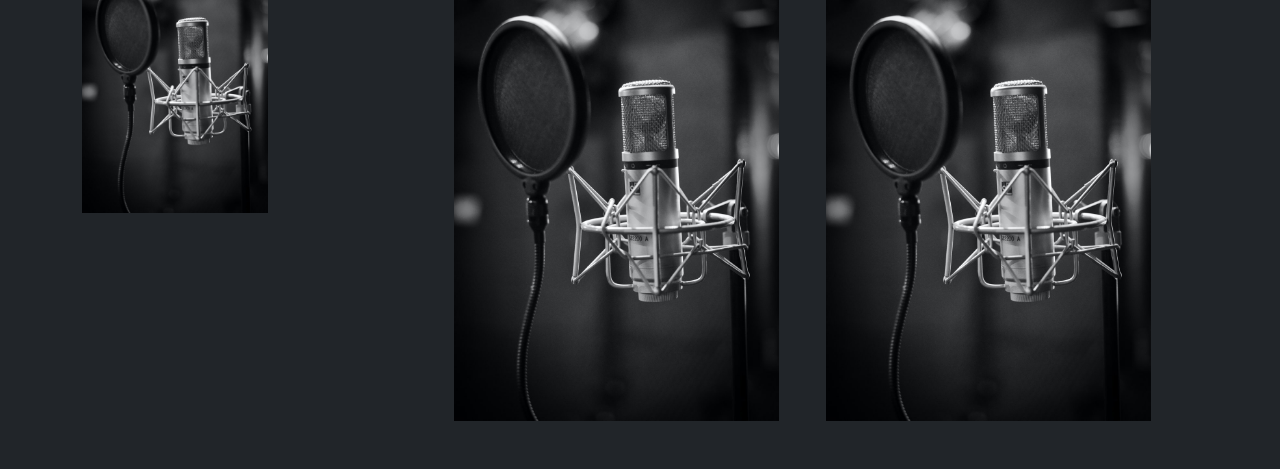
Repository: Eugene44-hub/music-workshop-site
Page: index.html
The author's editor kept a copy of each file at every save. The page is drawn from the files as they stood at one save, then again after the next save.
The browser window is 1280 px wide. The pictures show the part of the page from y = 1393 to 1862 px (the page is 1862 px tall).
A picture or video elsewhere on the page could not be fetched, so the positions and the page height are approximate. Some web libraries are served in a nearby version.

Above is the page before, as saved 2021-10-24 14:58:28.

### index.html
<!DOCTYPE html>
<html lang="en">

<head>
    <meta charset="UTF-8">
    <meta http-equiv="X-UA-Compatible" content="IE=edge">
    <meta name="viewport" content="width=device-width, initial-scale=1.0">
    <title>Document</title>
    <link rel="stylesheet" href="style.css">
    <!-- CSS only -->
    <link href="https://cdn.jsdelivr.net/npm/bootstrap@5.1.3/dist/css/bootstrap.min.css" rel="stylesheet" integrity="sha384-1BmE4kWBq78iYhFldvKuhfTAU6auU8tT94WrHftjDbrCEXSU1oBoqyl2QvZ6jIW3" crossorigin="anonymous">
    <link rel="stylesheet" href="https://cdn.jsdelivr.net/npm/bootstrap-icons@1.6.1/font/bootstrap-icons.css">
</head>

<body class="bg-dark p-md-5 p-3">
    <!-- registeration starts  -->
    <section id="registration">
        <div class="container">
            <div class="d-lg-flex text-white bg-black align-items-center" id="regImg">
                <div id="regText" class="col-md text-center p-5">
                    <h2 id="musicheader" class="text-uppercase fs-2">
                        music workshop </h2>
                    <p class="text-danger"> free Workshop and classes</p>
                    <p class="text-secondary">Website services that aren't tailored to your users create missed oppurtunities. the structure and flow of your website should be logical and</p>
                    <div class="mt-5">
                        <button class="btn btn-danger mx-2">Register Now</button>
                        <button class="btn text-light mx-2"><i class="bi bi-caret-down-fill"></i> PLAY VIDEO</button>
                    </div>
                </div>
                <div class="col-md"> <img src="images/eminem.jpg" alt="" class="img-fluid"></div>

            </div>
        </div>
    </section>
    <!-- registeration ends  -->

    <!-- whats new starts -->
    <section class="text-light">
        <div class="container">
            <h2 id="new" class='text-center text-light fs-3 my-5'>What's new</h2>
            <div class="d-lg-flex row-sm  align-items-stretch">
                <div class="col-sm-6 col-lg m-auto">
                    <img src="images/microphone.jpg" class="img-fluid" alt="">
                </div>
                <div id="protextContain" class=" mx-sm-auto col-sm-6 col-lg py-5 py-lg-0 position-relative d-flex border-top border-danger ms-lg-3 mt-5 mt-lg-0">
                    <div id="proText" class="my-lg-auto ">
                        <h4 class="lead">
                            PRO SILENT <br> SYMPHONY
                        </h4>
                        <small>june 2021 By unik creative</small>
                        <p class="mt-5">site services that <br> aren't tailored</p>
                    </div>
                </div>
                <div class="col-sm-6 col-lg m-auto">
                    <img src="images/microphone.jpg" class="img-fluid" alt="">
                </div>
                <div id=protextContain class="mx-sm-auto col-sm-6 col-lg py-5 py-lg-0 position-relative d-flex border-top border-danger ms-lg-3 mt-5 mt-lg-0">
                    <div id="proText" class="my-lg-auto ">
                        <h4 class="lead">
                            PRO SILENT <br> SYMPHONY
                        </h4>
                        <small>june 2021 By unik creative</small>
                        <p class="mt-5">site services that <br> aren't tailored</p>
                    </div>

                </div>
                <div class="col-sm-6 col-lg m-auto">
                    <img src="images/microphone.jpg" class="img-fluid" alt="">
                </div>

                <div id=protextContain class="mx-sm-auto col-sm-6 col-lg py-5 py-lg-0 position-relative d-flex border-top border-danger ms-lg-3 mt-5 mt-lg-0">
                    <div id="proText" class="my-lg-auto ">
                        <h4 class="lead">
                            PRO SILENT <br> SYMPHONY
                        </h4>
                        <small>june 2021 By unik creative</small>
                        <p class="mt-5">site services that <br> aren't tailored</p>
                    </div>

                </div>
            </div>
        </div>

    </section>
    <!-- whats new ends -->

    <!-- newletter section starts -->
    <section class="text-light ">
        <div class="container">
            <div class="d-lg-flex">
                <div class="col-md bg-danger d-flex p-5 m-auto newsletter">
                    <div class="m-auto">
                        <h2>SUBSCRIBE TO OUR NEWS LETTER</h2>
                        <p>subscribe to our News Letter to get the latest news about our products</p>
                        <input type="text" class="form-control">
                    </div>

                </div>
                <div class="col-md d-flex  p-5 newsletter" id="eminemBack">
                    <div class="m-auto ">
                        <h1 class="text-danger text-center" style="font-size:80px">"</h1>
                        <p class="text-center lead ">Website services that aren't tailored to your users create missed opputunities. The structure and flow of your website should be logical and straightforward
                        </p>
                        <div class="d-flex  align-items-center justify-content-center">
                            <img src="http://randomuser.me/api/portraits/men/4.jpg" class="rounded-circle img-fluid mx-2 " alt="">
                            <div class='mx-2'>
                                <h4>Lung Li</h3>
                                    <small>Singer</small>
                            </div>

                        </div>

                    </div>
                </div>
            </div>
        </div>
    </section>
    <!-- newletter section ends -->

    <!-- items starts-->
    <section class="text-light">

        <div class="container">
            <div class="d-flex">

                <div class="col">
                    <h3>Featured Item</h3>
                    <div class="d-flex">
                        <div><img src="images/microphone.jpg" class="img-fluid w-50" alt=""></div>

                    </div>

                </div>

                <div class="col">
                    <h3>Featured Item</h3>
                    <div class="d-flex">
                        <div><img src="images/microphone.jpg" class="img-fluid" alt=""></div>
                        <p>wfjijiw wfiji</p>
                    </div>
                </div>

                <div class="col">
                    <h3>Featured Item</h3>
                    <div class="d-flex">
                        <div><img src="images/microphone.jpg" class="img-fluid" alt=""></div>
                        <p>wfjijiw wfiji</p>
                    </div>
                </div>

            </div>
        </div>

    </section>
    <!-- items ends-->

</body>
<!-- JavaScript Bundle with Popper -->
<script src="https://cdn.jsdelivr.net/npm/bootstrap@5.1.3/dist/js/bootstrap.bundle.min.js " integrity="sha384-ka7Sk0Gln4gmtz2MlQnikT1wXgYsOg+OMhuP+IlRH9sENBO0LRn5q+8nbTov4+1p " crossorigin="anonymous "></script>

</html>

### style.css
#musicheader,
#new {
    letter-spacing: 6px
}

.newsletter {
    height: 500px;
}

#eminemBack {
    background-image: url('images/eminem.jpg');
    background-repeat: no-repeat;
    /* background-size: ; */
    background-position-y: center;
    background-position-x: center;
}

After the next save:
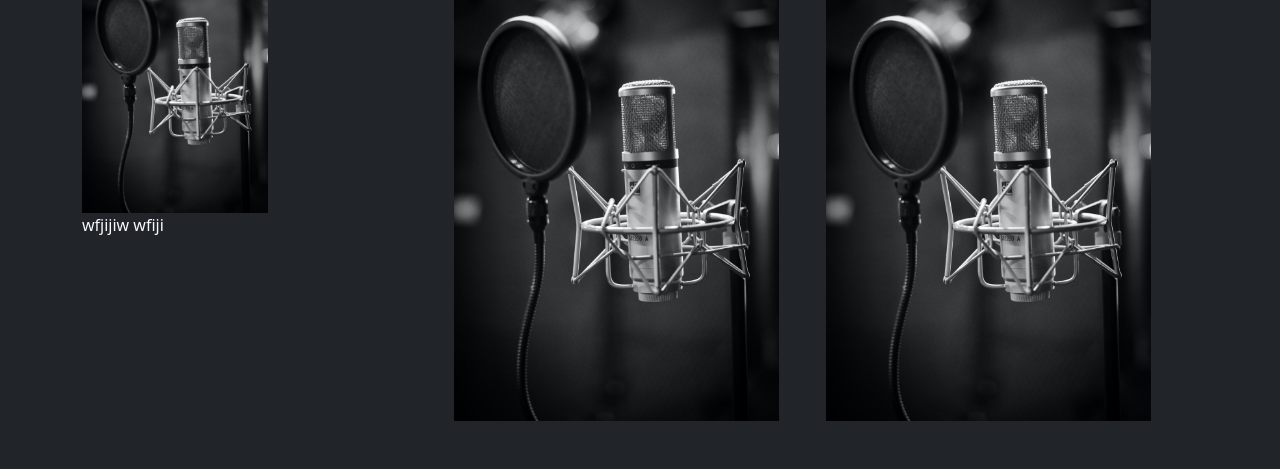
Saved 4 s later.
--- a/index.html
+++ b/index.html
@@ -126,7 +126,9 @@
                 <div class="col">
                     <h3>Featured Item</h3>
                     <div class="d-flex">
-                        <div><img src="images/microphone.jpg" class="img-fluid w-50" alt=""></div>
+                        <div><img src="images/microphone.jpg" class="img-fluid w-50" alt="">
+                            <p>wfjijiw wfiji</p>
+                        </div>
 
                     </div>
 
